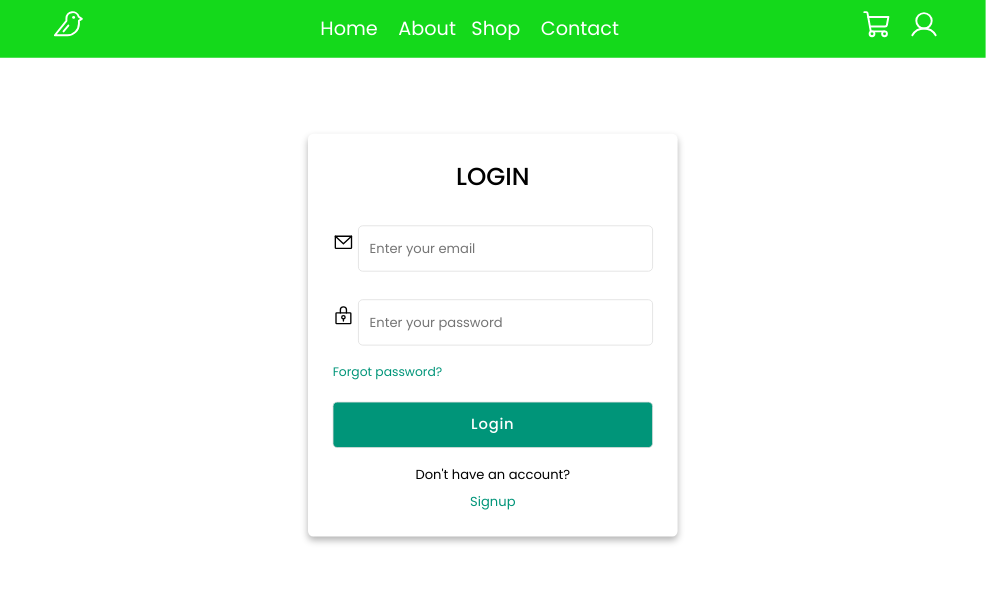
Repository: Vuhainam64/SWP391
Page: /register (app in React/swp391-app/)
An editor plug-in stored every save of this project. The page is shown before and after the next save, followed by the edit.
The browser window is 1280 px wide. The pictures show the whole page, at 77% of full size.
The project was rebuilt for these pictures with package versions that can differ from the ones it lists, and the page was loaded fresh each time. Also part of the build but not shown: React/swp391-app/src/pages/home/home.jsx, React/swp391-app/src/pages/about/about.jsx, React/swp391-app/src/pages/shop/product.jsx, React/swp391-app/src/pages/shop/shop.css, React/swp391-app/src/pages/shop/shop.jsx, React/swp391-app/src/pages/contact/contact.jsx, React/swp391-app/src/pages/cart/cart-item.jsx, React/swp391-app/src/pages/cart/cart.css and 1 more.

Above is the page before, as saved 2023-05-30 14:44:38.

After the next save:
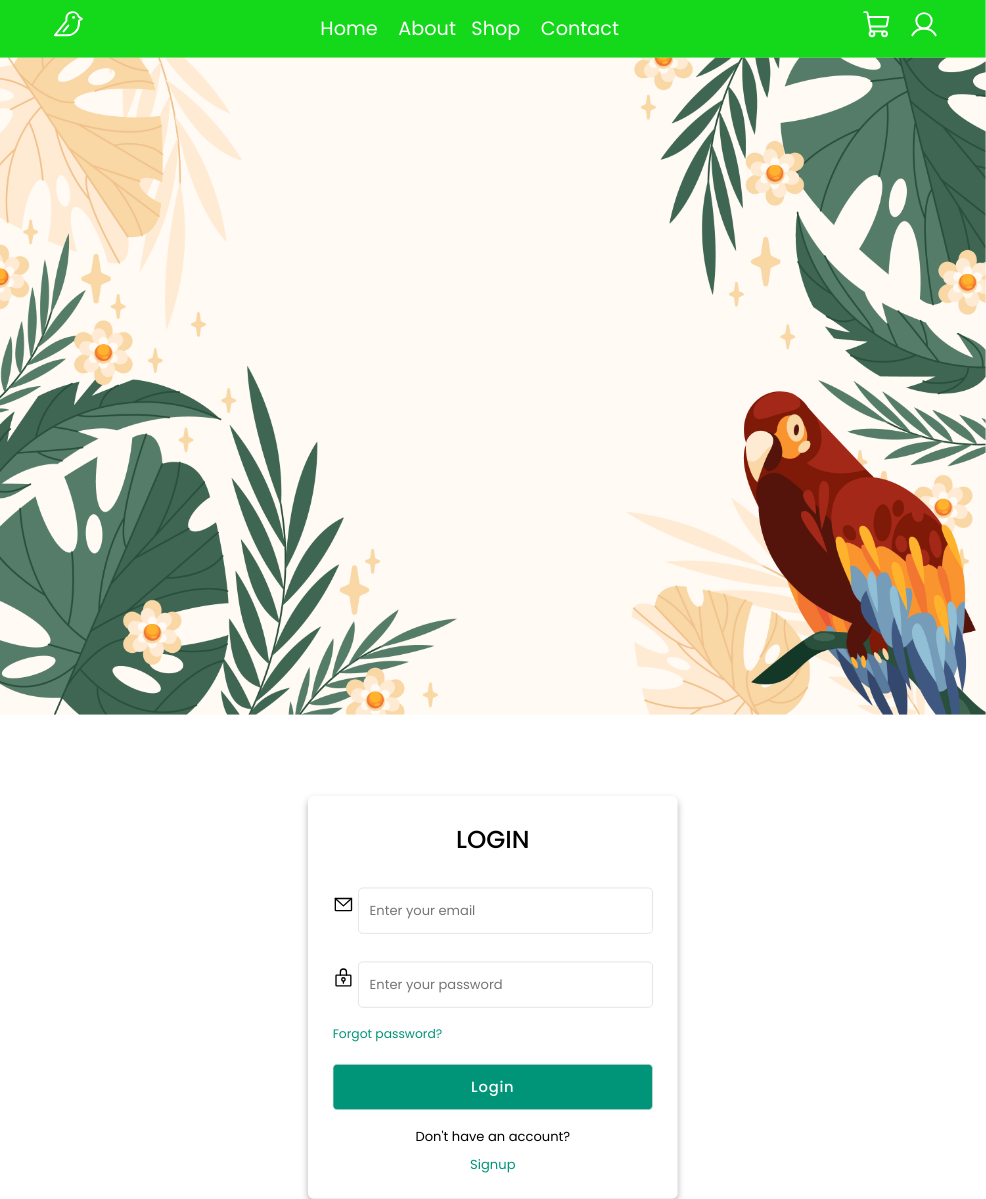
Saved 90 s later.
--- a/React/swp391-app/src/pages/register/register.jsx
+++ b/React/swp391-app/src/pages/register/register.jsx
@@ -6,8 +6,7 @@
 export const Register = () => {
   return (
     <div className="images">
-    <image className="image-b" src={loginback} />
-
+    <img className="image-b" src={loginback} />
     <div className="container">
     <input type="checkbox" id="check"></input>
     <div className="login form">
